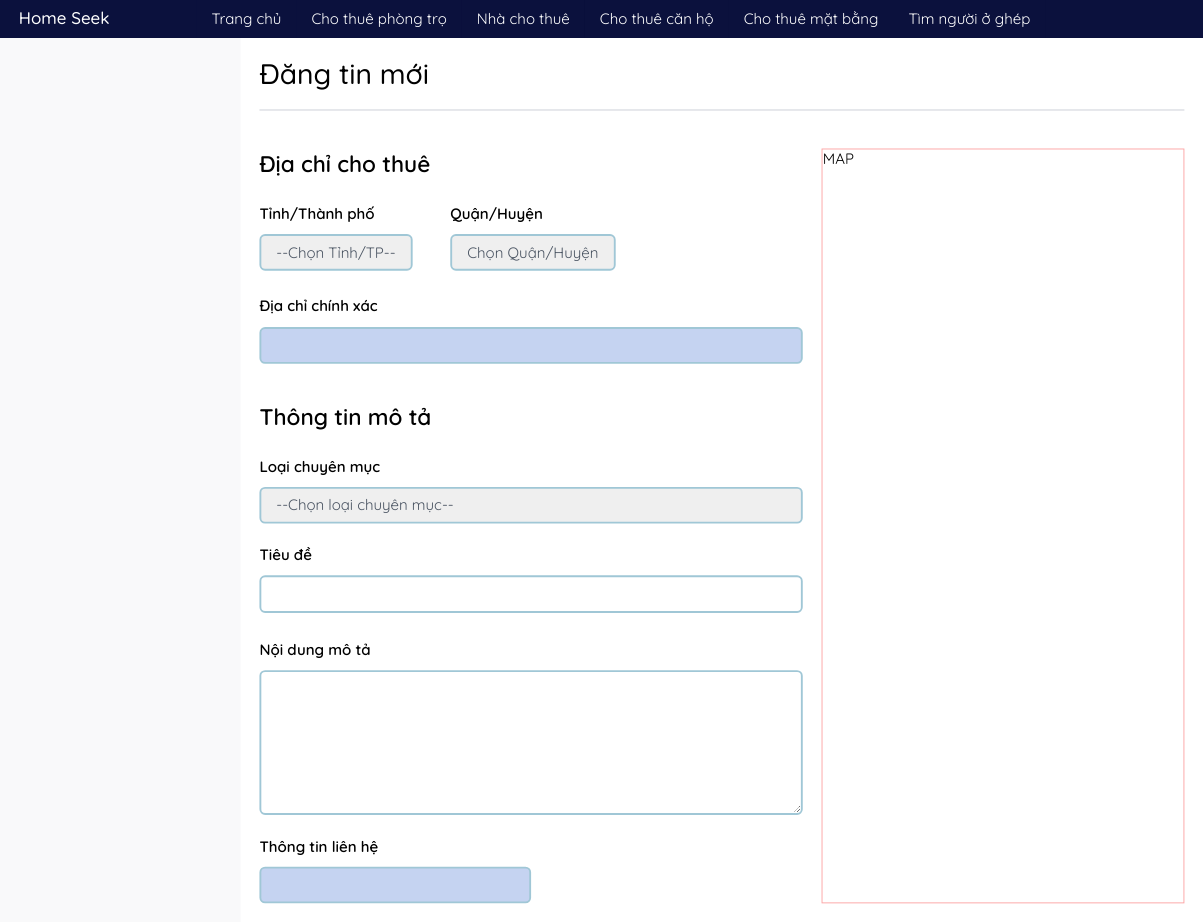
Repository: ajincome26/homeseek
Page: /create (app in client/)
An editor plug-in stored every save of this project. The page is shown before and after the next save, followed by the edit.
The browser window is 1280 px wide. The pictures show the whole page, at 94% of full size.
The page's requests for data from a server got no answer. The project was rebuilt for these pictures with package versions that can differ from the ones it lists, and the page was loaded fresh each time. Some packages were replaced by stand-ins written for this rebuild. No one was signed in, and anything a server would have sent is missing. Also part of the build but not shown: client/vite.config.ts, client/src/components/Footer/Footer.tsx, client/src/components/Button/Button.tsx, client/src/components/Button/index.ts, client/src/utils/utils.tsx, client/src/components/MainHeader/components/User.tsx, client/src/components/Popover/Popover.tsx, client/src/components/Popover/index.ts and 16 more.

Above is the page before, as saved 2024-01-11 04:23:31.

After the next save:
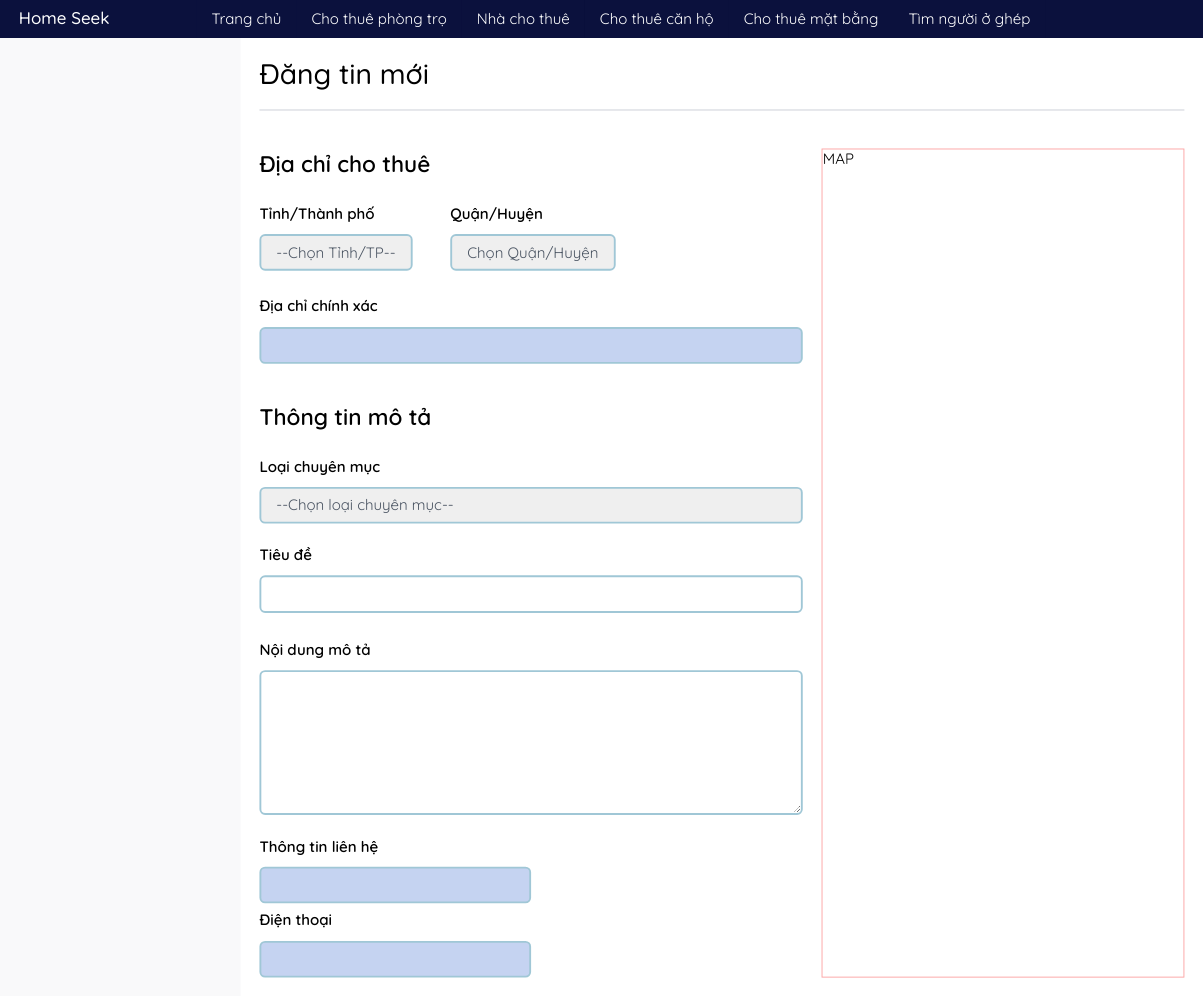
Saved 86 s later.
--- a/client/src/pages/CreatePostPage/components/Overview.tsx
+++ b/client/src/pages/CreatePostPage/components/Overview.tsx
@@ -62,6 +62,12 @@ const Overview = () => {
             </Label>
             <InputReadOnly id='username' data={''} />
           </Field>
+          <Field>
+            <Label textColor='text-black' htmlFor='username'>
+              Điện thoại
+            </Label>
+            <InputReadOnly id='username' data={''} />
+          </Field>
         </div>
       </div>
     </div>
